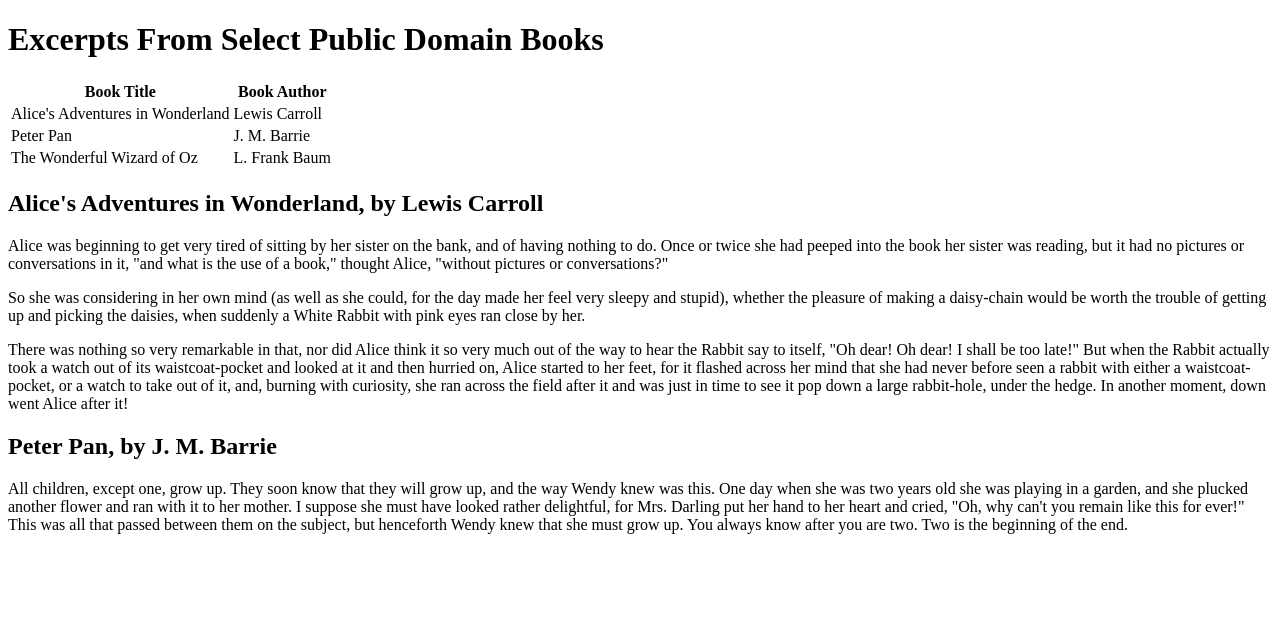
Repository: rishondass/ITMD361-Lab3
Page: index.html
The author's editor kept a copy of each file at every save. The page is drawn from the files as they stood at one save, then again after a run of saves.
The browser window is 1280 px wide. The pictures show the whole page.

Above is the page before, as saved 2023-01-13 14:31:40.

After the next 2 saves:
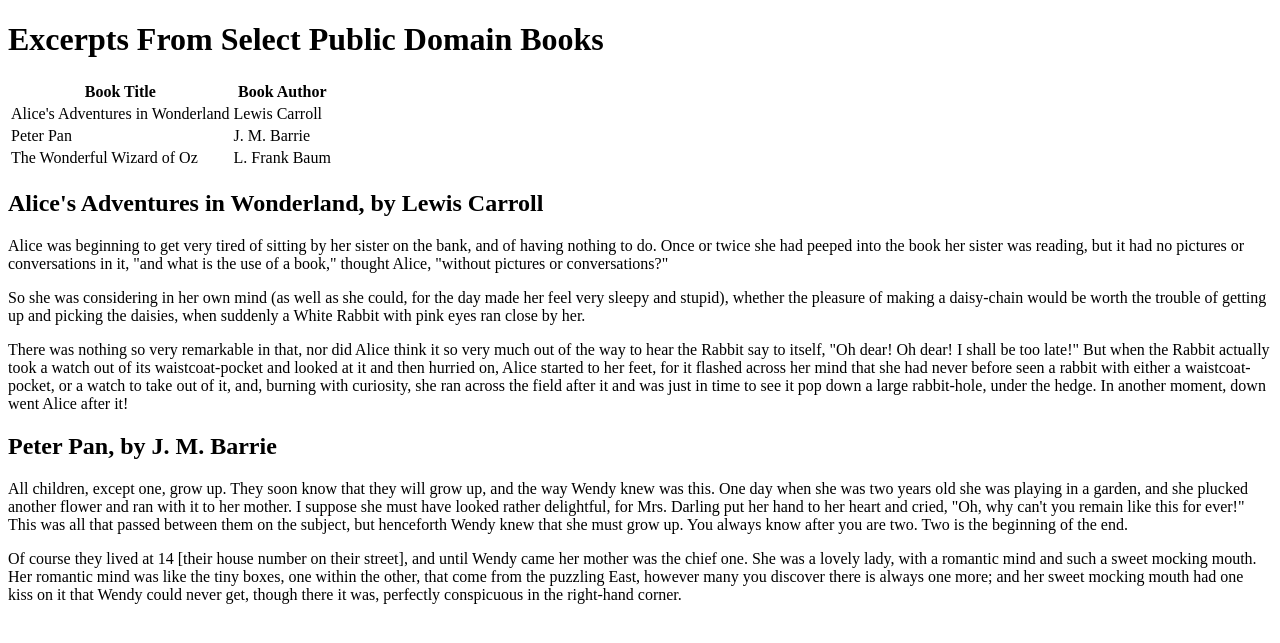
The 2 saves are shown as one change because they came seconds apart.
The last was saved 7 s later.
--- a/index.html
+++ b/index.html
@@ -49,5 +49,9 @@
     <p>
         All children, except one, grow up. They soon know that they will grow up, and the way Wendy knew was this. One day when she was two years old she was playing in a garden, and she plucked another flower and ran with it to her mother. I suppose she must have looked rather delightful, for Mrs. Darling put her hand to her heart and cried, "Oh, why can't you remain like this for ever!" This was all that passed between them on the subject, but henceforth Wendy knew that she must grow up. You always know after you are two. Two is the beginning of the end.
     </p>
+    <p>
+        Of course they lived at 14 [their house number on their street], and until Wendy came her mother was the chief one. She was a lovely lady, with a romantic mind and such a sweet mocking mouth. Her romantic mind was like the tiny boxes, one within the other, that come from the puzzling East, however many you discover there is always one more; and her sweet mocking mouth had one kiss on it that Wendy could never get, though there it was, perfectly conspicuous in the right-hand corner.
+
+    </p>
 </body>
 </html>
